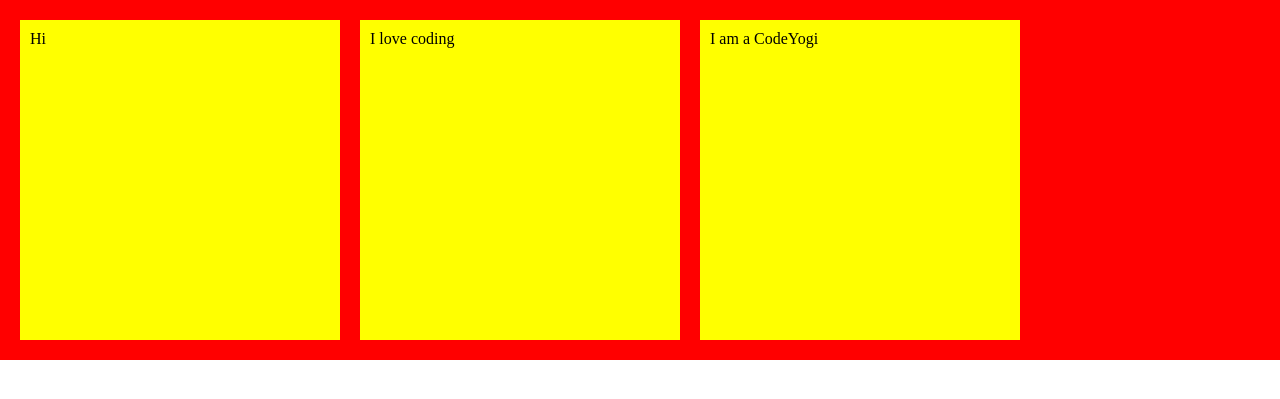
Repository: itz-mohanmadhav-18/Full-stack
Page: Html+css/day-3/flexbox.html
An editor plug-in stored every save of this project. The page is shown before and after the next save, followed by the edit.
The browser window is 1280 px wide. The pictures show the whole page.

Above is the page before, as saved 2024-06-14 12:56:54.

After the next save:
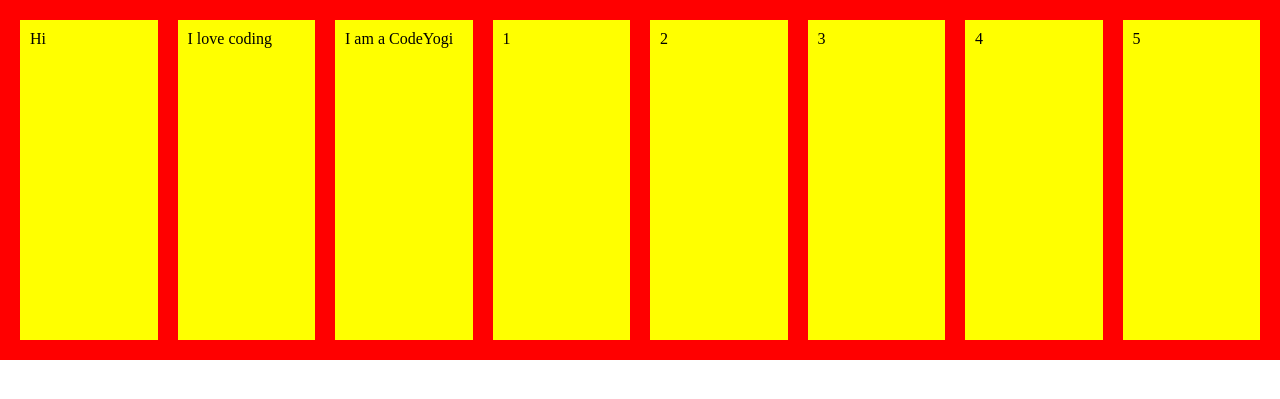
Saved 103 s later.
--- a/Html+css/day-3/flexbox.html
+++ b/Html+css/day-3/flexbox.html
@@ -17,6 +17,11 @@
         <p>Hi</p>
         <p>I love coding</p>
         <p>I am a CodeYogi</p>
+        <p>1</p>
+        <p>2</p>
+        <p>3</p>
+        <p>4</p>
+        <p>5</p>
     </div>
   </body>
 </html>
